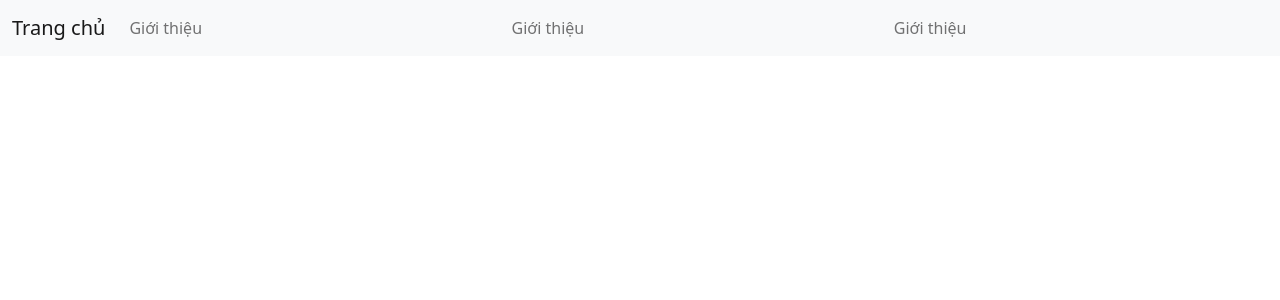
Repository: minhtu5502/fontendFamework
Page: lab1/index.html
These files come from the project's save history. The page is drawn as it stood at one moment and after the next save; the edit follows.
The browser window is 1280 px wide. The pictures show the whole page.

Above is the page before, as saved 2022-01-06 15:53:40.

After the next save:
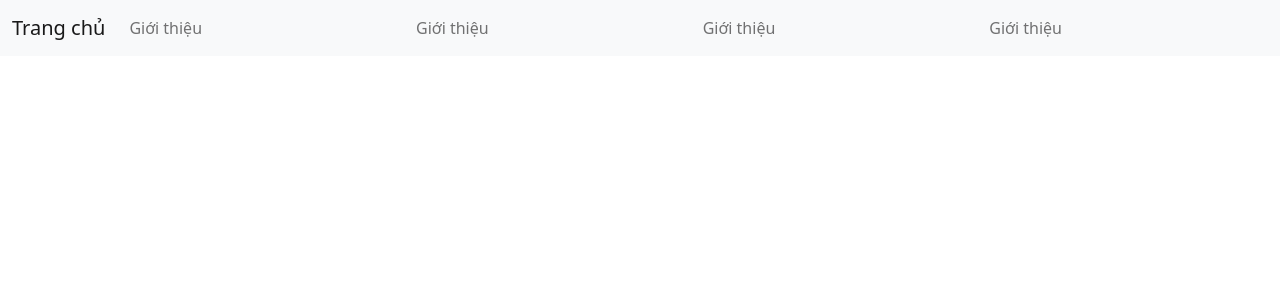
Saved 6 s later.
--- a/lab1/index.html
+++ b/lab1/index.html
@@ -40,6 +40,11 @@
                             <a class="nav-link" href="">Giới thiệu</a>
                         </li>
                     </ul>
+                    <ul class="navbar-nav me-auto" >
+                        <li class="nav-item">
+                            <a class="nav-link" href="">Giới thiệu</a>
+                        </li>
+                    </ul>
                 </div>
             </div>
         </nav>
